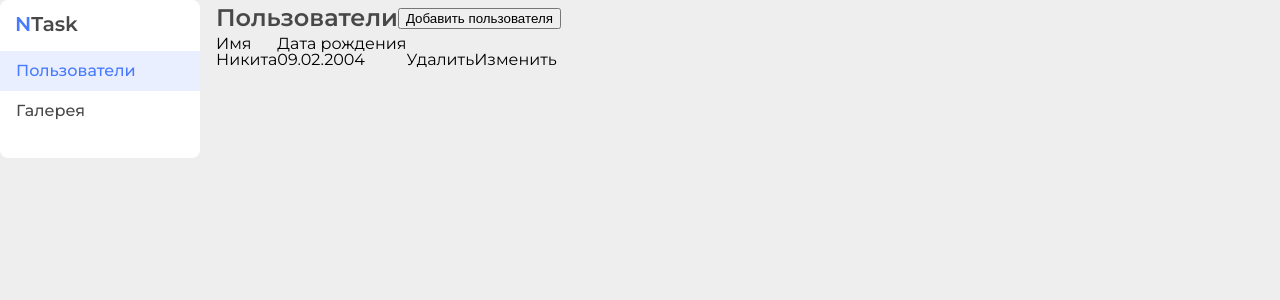
Repository: Grid-Master/NTask
Page: /
An editor plug-in stored every save of this project. The page is shown before and after the next save, followed by the edit.
The browser window is 1280 px wide. The pictures show the whole page.
The project was rebuilt for these pictures with package versions that can differ from the ones it lists, and the page was loaded fresh each time.

Above is the page before, as saved 2023-06-04 19:19:20.

After the next save:
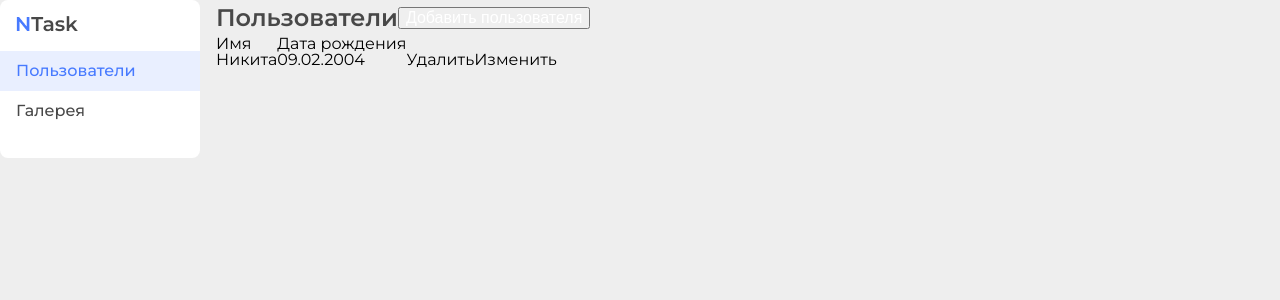
Saved 17 s later.
--- a/src/components/userList/userList.sass
+++ b/src/components/userList/userList.sass
@@ -9,7 +9,7 @@
         font-size: 24px
         line-height: 150%
         color: #484848
-    &__userAddBtn
+    &__addUserBtn
         font-weight: 500
         font-size: 16px
         line-height: 100%
